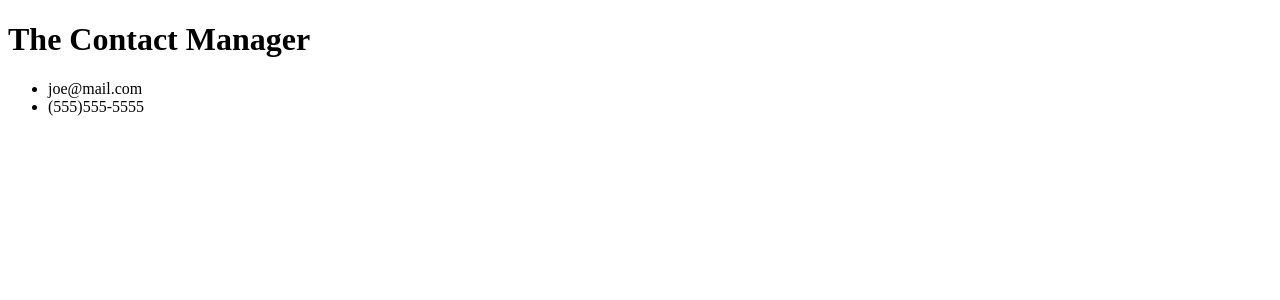
Repository: MikeTroianello/Contact-Manager
Page: /contact/add
The author's editor kept a copy of each file at every save. The page is drawn from the files as they stood at one save, then again after the next save.
The browser window is 1280 px wide. The pictures show the whole page.
The project was rebuilt for these pictures with package versions that can differ from the ones it lists, and the page was loaded fresh each time. Also part of the build but not shown: src/App.css.

Above is the page before, as saved 2019-05-18 23:40:11.

### src/App.js
import React from "react";
import Contact from "./components/Contact";
import "./App.css";
import Header from "./components/Header";

function App() {
  return (
    <div className="App">
      <Header branding="The Contact Manager" />
      <Contact name="Joe" email="joe@mail.com" phone="(555)555-5555" />
    </div>
  );
}

export default App;

### src/components/Contact.js
import React, { Component } from "react";

class Contact extends Component {
  render() {
    return (
      <div>
        <h4 />
        <ul>
          <li>{this.props.email}</li>
          <li>{this.props.phone}</li>
        </ul>
      </div>
    );
  }
}

export default Contact;

### src/components/Header.js
import React from "react";

const Header = props => {
  return (
    <div>
      <h1>{props.branding}</h1>
    </div>
  );
};

export default Header;

Loaded but not shown: src/index.js (common file); src/serviceWorker.js (common file)

After the next save:
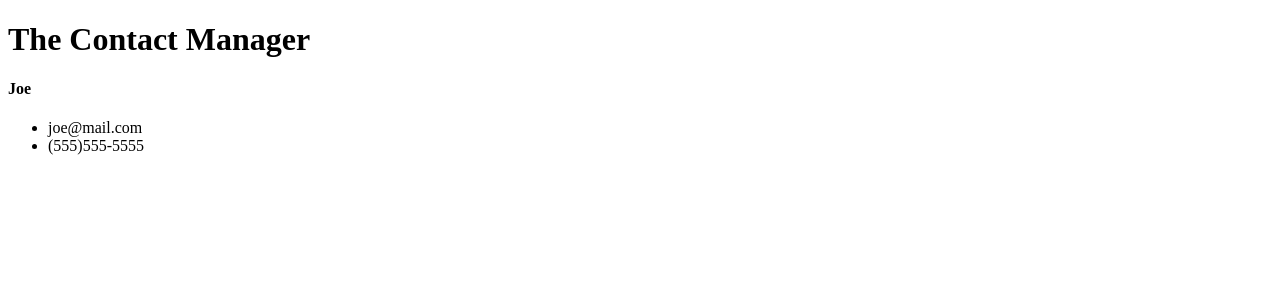
Saved 46 s later.
--- a/src/components/Contact.js
+++ b/src/components/Contact.js
@@ -4,7 +4,7 @@ class Contact extends Component {
   render() {
     return (
       <div>
-        <h4 />
+        <h4>{this.props.name}</h4>
         <ul>
           <li>{this.props.email}</li>
           <li>{this.props.phone}</li>
